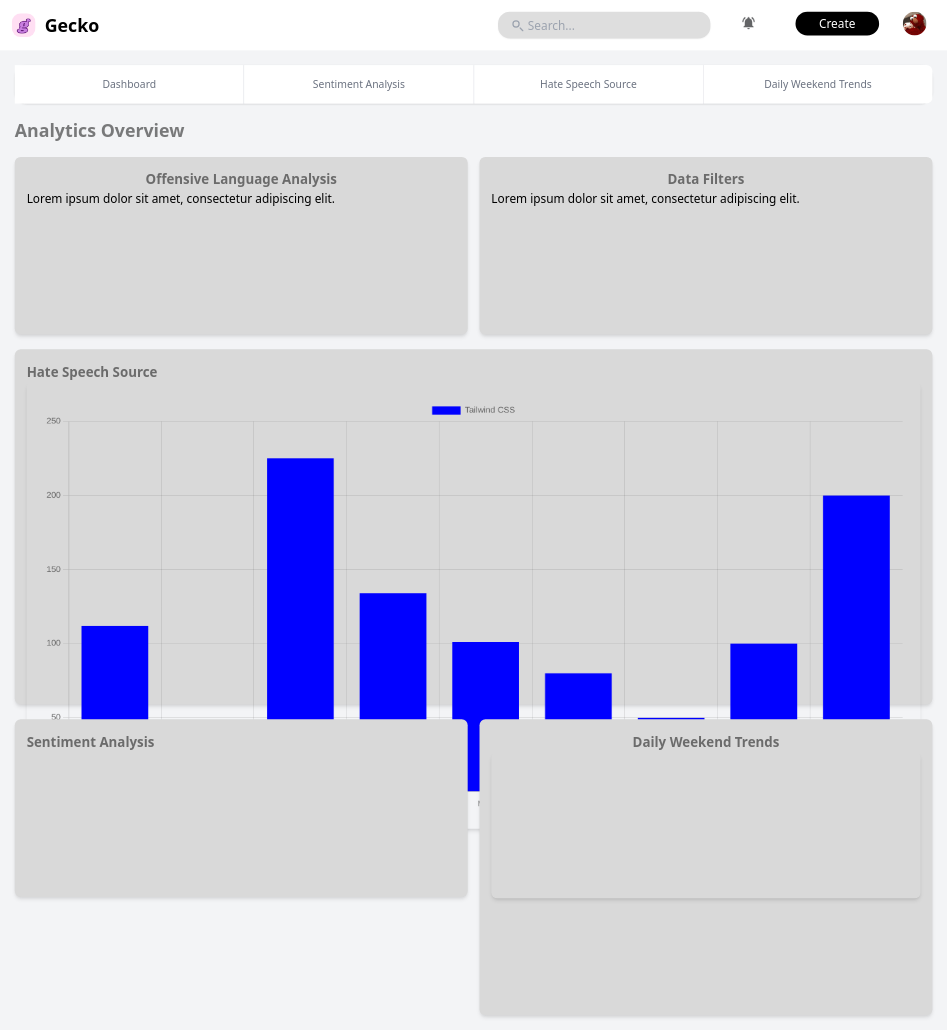
Repository: theamgri/thesis-website-nextjs
Page: website.html
An editor plug-in stored every save of this project. The page is shown before and after the next save, followed by the edit.
The browser window is 1280 px wide. The pictures show the whole page, at 74% of full size.

Above is the page before, as saved 2023-10-04 05:48:08.
Console error: ReferenceError: labels is not defined

### website.html
<!DOCTYPE html>
<html lang="en">
<head>
    <meta charset="UTF-8">
    <meta name="viewport" content="width=device-width, initial-scale=1.0">
    <title>Gecko</title>
    <link rel="icon" type="image/x-icon" href="/images/icon.png">
    <link href="https://cdn.jsdelivr.net/npm/tailwindcss@2.2.19/dist/tailwind.min.css" rel="stylesheet">


</head>
<body class="bg-gray-100">

<nav class="bg-white drop-shadow-2xl border-gray-200 dark:bg-gray-900">
    <div class="flex flex-wrap items-center justify-between mx-auto p-4">
      <a href="." class="flex items-center">
          <img src="images/icon.png" class="h-8 mr-3 rounded-xl" alt="Logo" />
          <span class="self-center text-2xl font-semibold whitespace-nowrap dark:text-white">Gecko</span>
      </a>
      <button data-collapse-toggle="navbar-default" type="button" class="inline-flex items-center p-2 w-10 h-10 justify-center text-sm text-gray-500 rounded-lg md:hidden hover:bg-gray-100 focus:outline-none focus:ring-2 focus:ring-gray-200 dark:text-gray-400 dark:hover:bg-gray-700 dark:focus:ring-gray-600" aria-controls="navbar-default" aria-expanded="false">
          <span class="sr-only">Open main menu</span>
          <svg class="w-5 h-5" aria-hidden="true" xmlns="http://www.w3.org/2000/svg" fill="none" viewBox="0 0 17 14">
              <path stroke="currentColor" stroke-linecap="round" stroke-linejoin="round" stroke-width="2" d="M1 1h15M1 7h15M1 13h15"/>
          </svg>
      </button>
      <div class="hidden w-full md:block md:w-auto drop-shadow-2xl" id="navbar-default">
        <ul class="font-medium flex flex-col p-4 md:p-0 mt-4 border border-gray-100 rounded-lg bg-gray-50 md:flex-row md:space-x-8 md:mt-0 md:border-0 md:bg-white dark:bg-gray-800 md:dark:bg-gray-900 dark:border-gray-700">
            <li>
                <div class="relative">
                    <input
                        type="text"
                        placeholder="Search..."
                        class="block w-full py-2 pl-10 pr-4 leading-5 rounded-2xl shadow-sm focus:ring focus:ring-blue-200 border-gray-300" style="background-color: #DEDEDE;"
                    />
                    <div class="absolute inset-y-0 left-0 pl-4 flex items-center pointer-events-none">
                        <svg
                            class="w-5 h-5 text-gray-400"
                            fill="none"
                            stroke="currentColor"
                            viewBox="0 0 24 24"
                            xmlns="http://www.w3.org/2000/svg"
                        >
                            <path
                                stroke-linecap="round"
                                stroke-linejoin="round"
                                stroke-width="2"
                                d="M21 21l-4.35-4.35"
                            />
                            <path
                                stroke-linecap="round"
                                stroke-linejoin="round"
                                stroke-width="2"
                                d="M15 10a5 5 0 11-10 0 5 5 0 0110 0z"
                            />
                        </svg>
                    </div>
                </div>

              </li>
            <li>
              <img src="images/bellbutton.png" class="h-8 mr-3 rounded-xl" alt="Notification Bell" />
          </li>
          <li>
            <button class="bg-black drop-shadow-2xl hover:bg-blue-700 text-white font-normal py-1 px-8 rounded-full">
              Create
            </button>
          </li>
          <li>
            <a href="your-link-here">
                <img src="images/user.jpg" class="h-8 mr-3 rounded-full" alt="Notification Bell" />
            </a>
        </li>


        </ul>
      </div>
    </div>
  </nav>
<!-- //SIDE NAVBAR -->


<div class="sm:hidden">
  <label for="tabs" class="sr-only">Select your country</label>
  <select id="tabs" class="bg-gray-50 border border-gray-300 text-gray-900 text-sm rounded-lg focus:ring-blue-500 focus:border-blue-500 block w-full p-2.5 dark:bg-gray-700 dark:border-gray-600 dark:placeholder-gray-400 dark:text-white dark:focus:ring-blue-500 dark:focus:border-blue-500">
      <option>Profile</option>
      <option>Canada</option>
      <option>France</option>
      <option>Germany</option>
  </select>
</div>
<ul class="m-5 rounded-2xl drop-shadow-xl hidden text-sm font-medium text-center text-gray-500 divide-x divide-gray-200 rounded-lg shadow sm:flex dark:divide-gray-700 dark:text-gray-400">
  <li class="w-full">
      <a href="#" class="inline-block w-full p-4 bg-white hover:text-gray-700 hover:bg-gray-50 focus:ring-4 focus:ring-blue-300 focus:outline-none dark:hover:text-white dark:bg-gray-800 dark:hover:bg-gray-700" aria-current="page">Dashboard</a>
  </li>
  <li class="w-full">
      <a href="#" class="inline-block w-full p-4 bg-white hover:text-gray-700 hover:bg-gray-50 focus:ring-4 focus:ring-blue-300 focus:outline-none dark:hover:text-white dark:bg-gray-800 dark:hover:bg-gray-700">Sentiment Analysis</a>
  </li>
  <li class="w-full">
      <a href="#" class="inline-block w-full p-4 bg-white hover:text-gray-700 hover:bg-gray-50 focus:ring-4 focus:ring-blue-300 focus:outline-none dark:hover:text-white dark:bg-gray-800 dark:hover:bg-gray-700">Hate Speech Source</a>
  </li>
  <li class="w-full">
      <a href="#" class="inline-block w-full p-4 bg-white rounded-r-lg hover:text-gray-700 hover:bg-gray-50 focus:ring-4 focus:outline-none focus:ring-blue-300 dark:hover:text-white dark:bg-gray-800 dark:hover:bg-gray-700">Daily Weekend Trends</a>
  </li>

</ul>



  <!-- <div class="mx-auto w-3/5 overflow-hidden">
    <canvas
      data-te-chart="bar"
      data-te-dataset-label="Traffic"
      data-te-labels="['Monday', 'Tuesday' , 'Wednesday' , 'Thursday' , 'Friday' , 'Saturday' , 'Sunday ']"
      data-te-dataset-data="[2112, 2343, 2545, 3423, 2365, 1985, 987]">
    </canvas>
  </div> -->

  <div class="ml-5 text-left font-bold text-2xl opacity-50">
    <h1>Analytics Overview</h1>
  </div>


  <div class="container mx-auto mt-0">
    <div class="m-5 grid grid-cols-1 md:grid-cols-2 lg:grid-cols-2 xl:grid-cols-2 gap-4">
        <!-- Container 1 -->
        <div class="bg-white p-4 rounded-lg shadow-md" style="background-color: #D9D9D9; height: 15rem;">
            <h2 class="text-lg text-center opacity-50 font-semibold" >Offensive Language Analysis</h2>
            <p>Lorem ipsum dolor sit amet, consectetur adipiscing elit.</p>
        </div>

        <!-- Container 2 -->
        <div class="bg-white p-4 rounded-lg shadow-md"  style="background-color: #D9D9D9; height: 15rem;">
            <h2 class="text-lg text-center opacity-50 font-semibold">Data Filters</h2>
            <p>Lorem ipsum dolor sit amet, consectetur adipiscing elit.</p>
        </div>
    </div>
    <div class="m-5 grid grid-cols-1 md:grid-cols-1 lg:grid-cols-1 xl:grid-cols-1 gap-4 mt-4">
      <!-- Container 3 -->
      <div class="bg-white p-4 rounded-lg shadow-md" style="background-color: #D9D9D9; height: 30rem;">
          <h2 class="text-lg opacity-50 font-semibold">Hate Speech Source</h2>

          <div class="overflow-hidden rounded-lg shadow-md">
              <canvas class="p-6" style="width: 10px;" id="barChart"></canvas>
          </div>
      </div>
      <script src="https://cdnjs.cloudflare.com/ajax/libs/Chart.js/3.9.1/chart.min.js"
          integrity="sha512-ElRFoEQdI5Ht6kZvyzXhYG9NqjtkmlkfYk0wr6wHxU9JEHakS7UJZNeml5ALk+8IKlU6jDgMabC3vkumRokgJA=="
          crossorigin="anonymous" referrerpolicy="no-referrer"></script>
      <script>
          const labels1 = ['Jan', 'Feb', 'Mar', 'Apr', 'May', 'Jun', 'Jul', 'Aug', 'Sep'];
          const dataa = {
              labels: labels,
              datasets: [
                  {
                      label: "Tailwind CSS",
                      backgroundColor: "blue",
                      borderColor: 'rgb(0, 0, 0)',
                      data: [112, 10, 225, 134, 101, 80, 50, 100, 200],
                      fill: false,
                  },
              ],
          };

          const configChartt = {
              type: "bar",
              data,
              options: {},
          };

          var chartLine = new Chart(
              document.getElementById("barChart"),
              configChart
          );
      </script>
  </div>


    <div class="m-5 grid grid-cols-1 md:grid-cols-2 lg:grid-cols-2 xl:grid-cols-2 gap-4 mt-4">
    <!-- Container 4 -->
    <div class="bg-white p-4 rounded-lg shadow-md" style="background-color: #D9D9D9; height: 15rem;">
        <h2 class="text-lg tex-center opacity-50 font-semibold">Sentiment Analysis</h2>

    </div>

    <!-- Container 5 -->
    <div class="bg-white p-4 rounded-lg shadow-md" style="background-color: #D9D9D9; height: 25rem;">
        <h2 class="text-lg text-center opacity-50 font-semibold">Daily Weekend Trends</h2>
        <div class="overflow-hidden rounded-lg shadow-md">
            <canvas class="p-6" id="barChart"></canvas>
        </div>
    </div>
    <script src="https://cdnjs.cloudflare.com/ajax/libs/Chart.js/3.9.1/chart.min.js"
        integrity="sha512-ElRFoEQdI5Ht6kZvyzXhYG9NqjtkmlkfYk0wr6wHxU9JEHakS7UJZNeml5ALk+8IKlU6jDgMabC3vkumRokgJA=="
        crossorigin="anonymous" referrerpolicy="no-referrer"></script>
    <script>
        const labels = ['Jan', 'Feb', 'Mar', 'Apr', 'May', 'Jun', 'Jul', 'Aug', 'Sep'];
        const data = {
            labels: labels,
            datasets: [
                {
                    label: "Tailwind CSS",
                    backgroundColor: "blue",
                    borderColor: 'rgb(0, 0, 0)',
                    data: [112, 10, 225, 134, 101, 80, 50, 100, 200],
                    fill: false,
                },
            ],
        };

        const configChart = {
            type: "bar",
            data,
            options: {},
        };

        var chartLine = new Chart(
            document.getElementById("barChart"),
            configChart
        );
    </script>
</div>


<!-- Analytics Overview -->

<!-- <div class="shadow-lg rounded-lg overflow-hidden">
  <div class="py-3 px-5 bg-gray-50">Pie chart</div>
  <canvas class="p-1 ml-40 mr-40" id="chartPie"></canvas>
</div>

Required chart.js
<script src="https://cdn.jsdelivr.net/npm/chart.js"></script>

Chart pie
<script>
  const dataPie = {
    labels: ["JavaScript", "Python", "Ruby"],
    datasets: [
      {
        label: "My First Dataset",
        data: [300, 50, 100],
        backgroundColor: [
          "rgb(133, 105, 241)",
          "rgb(164, 101, 241)",
          "rgb(101, 143, 241)",
        ],
        hoverOffset: 4,
      },
    ],
  };

  const configPie = {
    type: "pie",
    data: dataPie,
    options: {},
  };

  var chartBar = new Chart(document.getElementById("chartPie"), configPie);
</script>
   -->
</body>
</html>

After the next save:
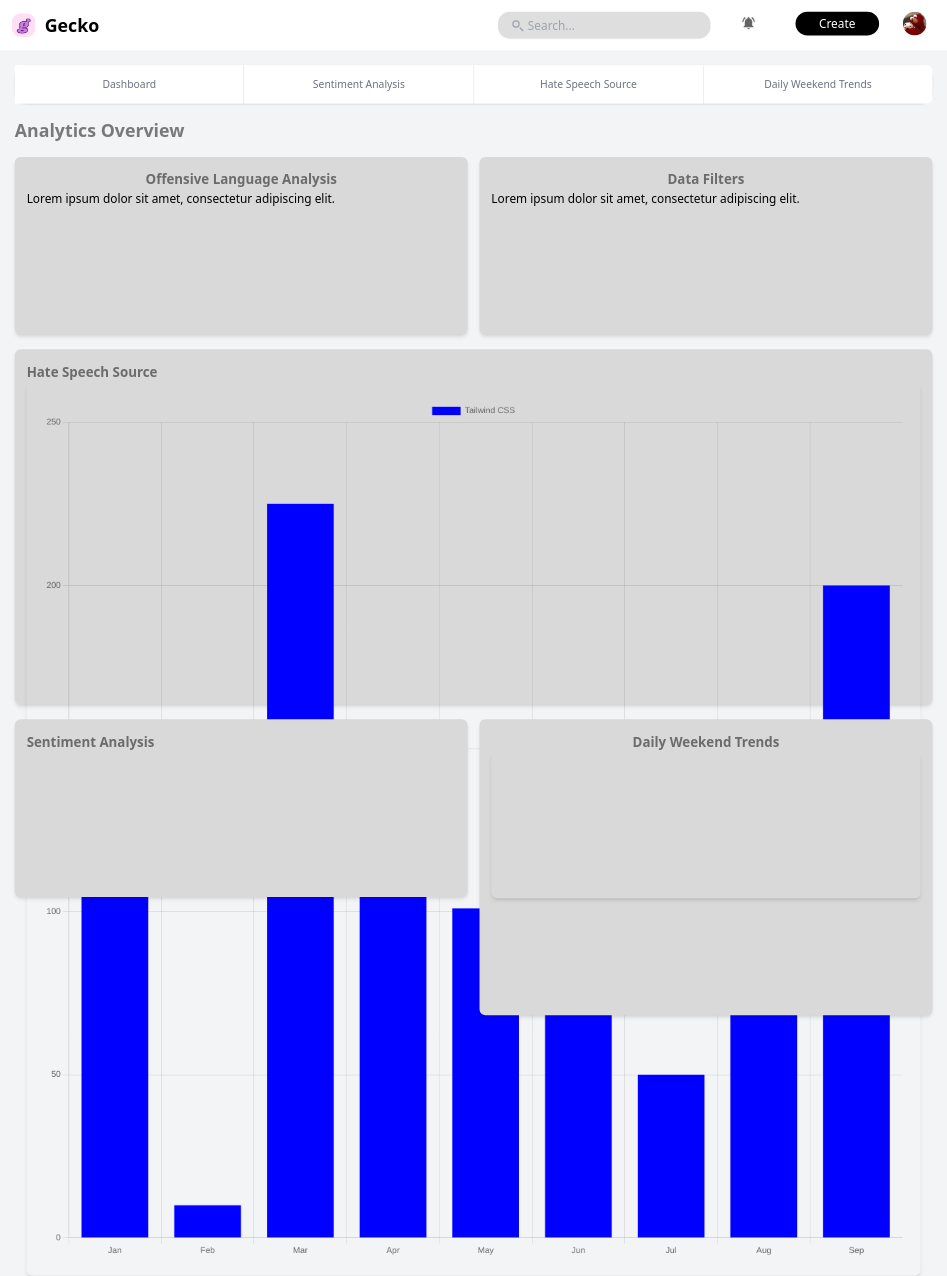
Saved 10 s later.
--- a/website.html
+++ b/website.html
@@ -140,7 +140,7 @@
           <h2 class="text-lg opacity-50 font-semibold">Hate Speech Source</h2>
 
           <div class="overflow-hidden rounded-lg shadow-md">
-              <canvas class="p-6" style="width: 10px;" id="barChart"></canvas>
+              <canvas class="p-6" style="height: 10px;" id="barChart"></canvas>
           </div>
       </div>
       <script src="https://cdnjs.cloudflare.com/ajax/libs/Chart.js/3.9.1/chart.min.js"

After the save that followed:
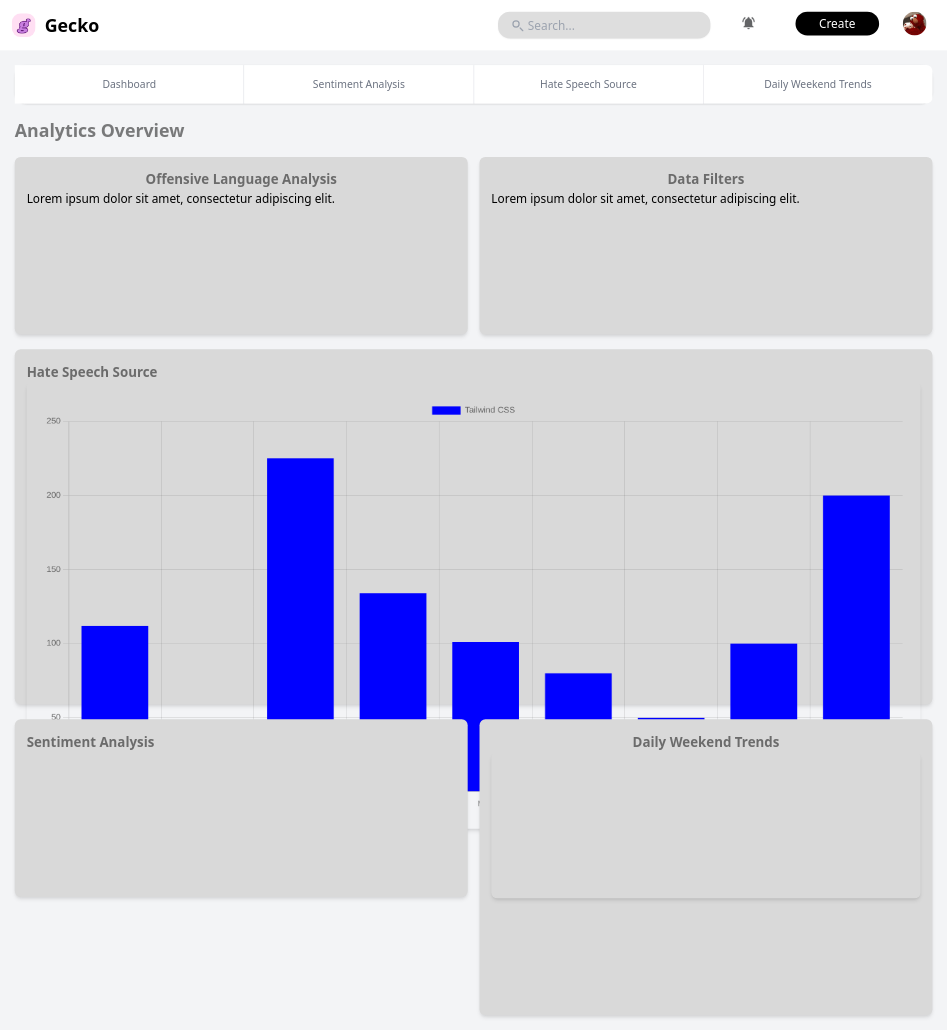
Saved 9 s later.
--- a/website.html
+++ b/website.html
@@ -140,7 +140,7 @@
           <h2 class="text-lg opacity-50 font-semibold">Hate Speech Source</h2>
 
           <div class="overflow-hidden rounded-lg shadow-md">
-              <canvas class="p-6" style="height: 10px;" id="barChart"></canvas>
+              <canvas class="p-6" id="barChart"></canvas>
           </div>
       </div>
       <script src="https://cdnjs.cloudflare.com/ajax/libs/Chart.js/3.9.1/chart.min.js"
